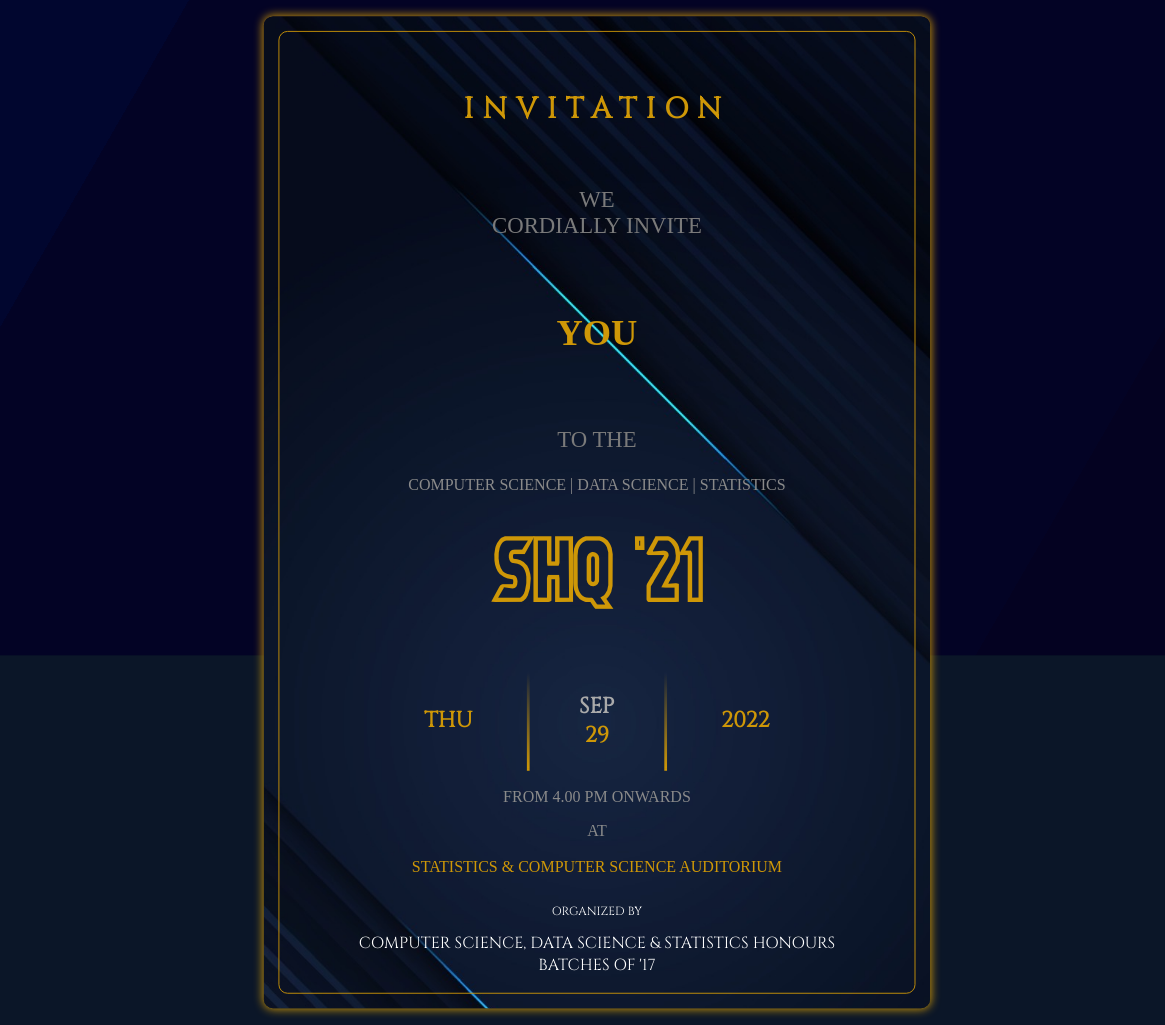
Repository: prabuddhika96/SHQ_Invitation
Page: index.html
These files come from the project's save history. The page is drawn as it stood at one moment and after the next save; the edit follows.
The browser window is 1280 px wide. The pictures show the whole page, at 91% of full size.
Some web fonts or font styles are not loaded; a fallback is used.

Above is the page before, as saved 2022-09-26 12:08:44.
Console error: ReferenceError: bodymovin is not defined

After the next save:
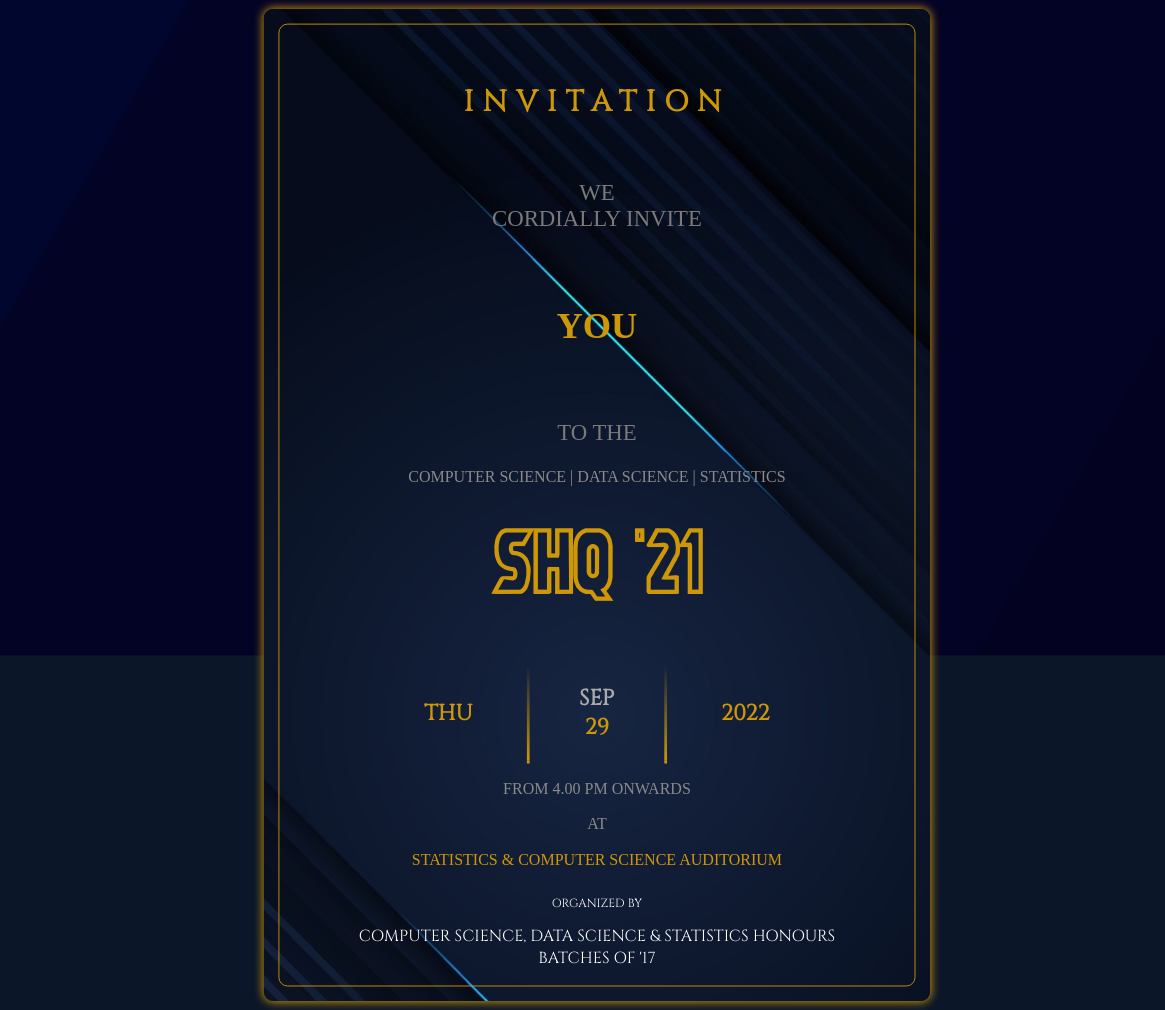
Saved 10 s later.
--- a/animation.css
+++ b/animation.css
@@ -3,7 +3,7 @@
 } */
 
 body {
-  /* margin:auto; */
+  margin: 0;
 }
 
 
